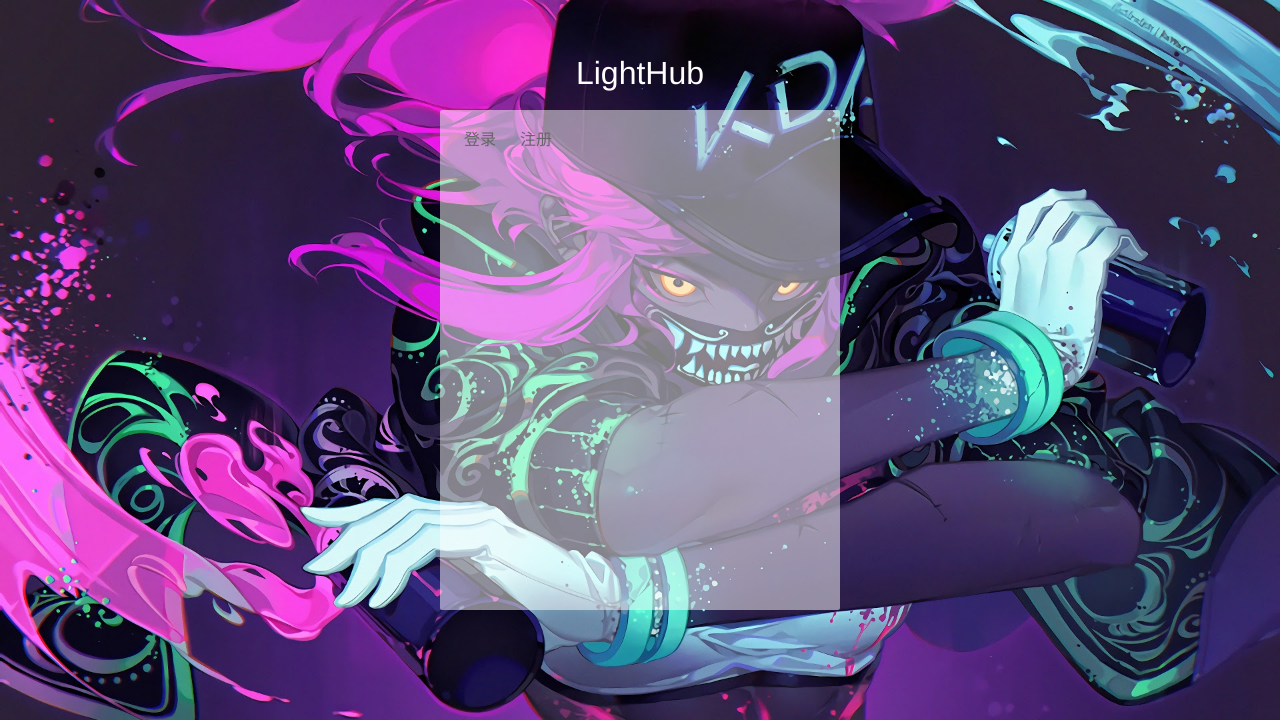
Repository: Martinell1/LightHub
Page: /login (app in LightHub/)
These files come from the project's save history. The page is drawn as it stood at one moment and after the next save; the edit follows.
The browser window is 1280 px wide. The pictures show the whole page.
The project was rebuilt for these pictures with package versions that can differ from the ones it lists, and the page was loaded fresh each time. Also part of the build but not shown: LightHub/vite.config.ts.

Above is the page before, as saved 2021-11-21 00:06:58.

### LightHub/src/main.ts
import { createApp } from 'vue'
import App from './App.vue'
import router from './router'
import store from './store'

createApp(App)
  .use(router)
  .use(store)
  .mount('#app')

### LightHub/src/App.vue
<template>
  <router-view></router-view>
</template>

<script setup lang="ts">

</script>

<style lang="scss">
@import "../src/css/app.scss";
</style>

### LightHub/src/router/index.ts
import { createRouter, createWebHistory } from 'vue-router'

const routes: Array<any> = [
  {
    path: '/login',
    name: 'Login',
    component: () => import('../views/Login.vue')
  },
  {
    path: '/',
    name: 'Main_Layout',
    component: () => import('../layout/Main_Layout.vue'),
    children: [
      {
        path: '/',
        name: 'Home',
        component: () => import('../views/Home.vue'),
      },
    ]
  }
]

const router = createRouter({
  history: createWebHistory(),
  routes
})


export default router

### LightHub/src/css/app.scss
:root{

}
/*css 初始化 */
html, body, ul, li, ol, dl, dd, dt, p, h1, h2, h3, h4, h5, h6,
form, fieldset, legend, img { margin:0; padding:0;}
fieldset, img,input,button { border:none; padding:0;margin:0;outline-style:none; }
ul, ol { list-style:none; }
input { padding-top:0; padding-bottom:0; font-family: "SimSun","宋体";}
select, input { vertical-align:middle; }
select, input, textarea { font-size:12px; margin:0; }
textarea { resize:none; }
img {border:0;    vertical-align:middle;}
table { border-collapse:collapse; }
body {
    font:16px Helvetica,Arial,sans-serif,Verdana,"\5b8b\4f53";
    color:#666;
    background:#fff
}
.clearfix:before,.clearfix:after{
    content:"";
    display:table;
}
.clearfix:after{clear:both;}
.clearfix{
    *zoom:1;/*IE/7/6*/
}
a{color:#666; text-decoration:none; }
a:hover{color:lightcoral;}
h1,h2,h3,h4,h5,h6{text-decoration:none;font-weight:normal;}
s,i,em{font-style:normal;text-decoration:none;}
.col-red{color: #C81623!important;}

::-webkit-scrollbar {
  width: 0 !important;
}
::-webkit-scrollbar {
  width: 0 !important;height: 0;
}

*{
  box-sizing: border-box;
}

/*公共类*/
.w{
    width: 1080px;margin:0 auto;
}
.fl {
    float:left
}
.fr {
    float:right
}
.al {
    text-align:left
}
.ac {
    text-align:center
}
.ar {
    text-align:right
}
.hide {
    display:none
}

.word-btn{
  line-height: 60px;
  height: 60px;
  cursor: pointer;
  margin-right: 24px;

  &:hover{
    font-weight: 600;
    color: #121212;
    border-bottom: 3px solid blue;
  }
}

### LightHub/src/views/Login.vue
<template>
  <div class="login-page">
    <div class="login-wrap">
      <div class="login-title">
        <h1>LightHub</h1>
      </div>
      <div class="login-tabs">
        <div class="login-tab word-btn">登录</div>
        <div class="login-tab word-btn">注册</div>
      </div>
      <div class="login-form">
        <div class="login-form-item"></div>
      </div>
    </div>
  </div>
</template>

<script setup lang="ts">


</script>
<style lang='scss' scoped>
.login-page {
  display: flex;
  align-items: center;
  justify-content: center;
  width: 100vw;
  height: 100vh;
  background-image: url("../../src/assets/images/login-bg.jpg");
  background-size: cover;
  background-repeat: no-repeat;

  .login-wrap {
    position: relative;
    width: 400px;
    height: 500px;
    padding: 0 24px;
    border-radius: 2px;
    background-color: rgba($color: #ffffff, $alpha: 0.5);

    .login-title {
      position: absolute;
      left: 50%;
      transform: translate(-50%, -150%);
      color: white;
    }
  }

  .login-tabs {
    .login-tab {
      display: inline-block;
    }
  }

  .login-form {
    .login-form-item {
      line-height: 48px;
      height: 48px;
    }
  }
}
</style>

Loaded but not shown: LightHub/index.html (common file); LightHub/src/store/index.js (no copy from this time; the picture is the same without it)

After the next save:
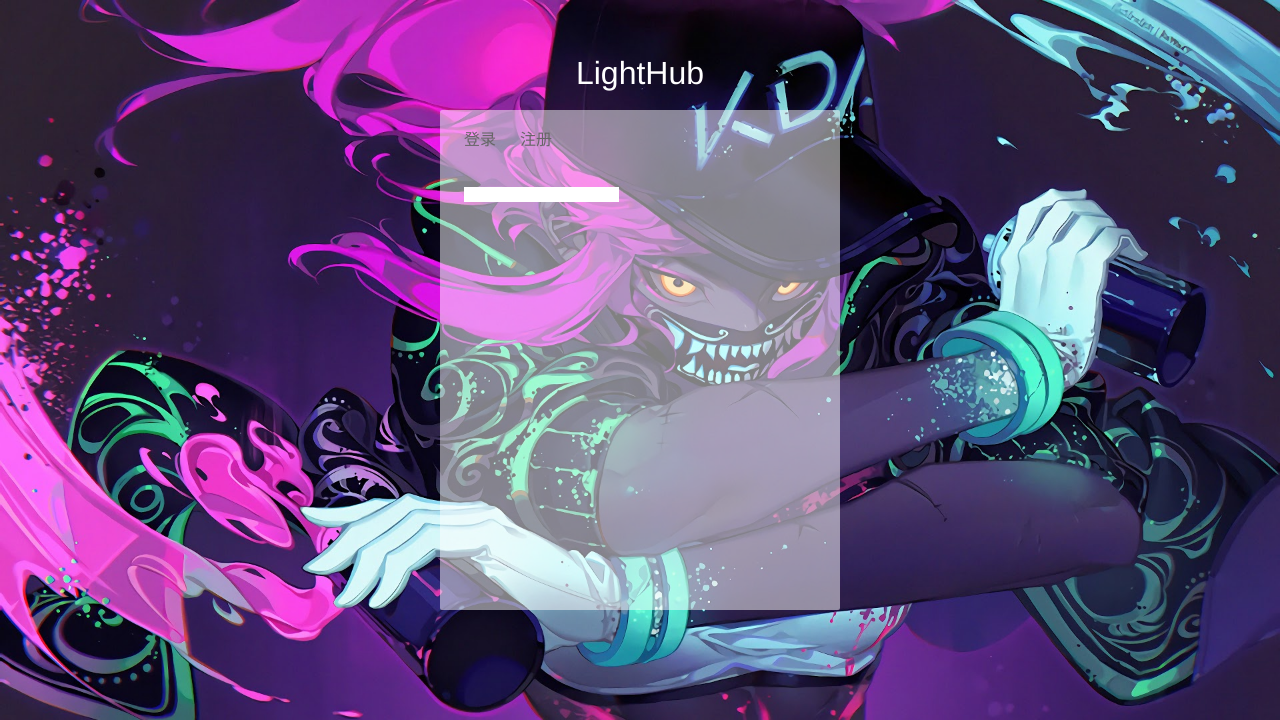
Saved 28 s later.
--- a/LightHub/src/views/Login.vue
+++ b/LightHub/src/views/Login.vue
@@ -9,7 +9,9 @@
         <div class="login-tab word-btn">注册</div>
       </div>
       <div class="login-form">
-        <div class="login-form-item"></div>
+        <div class="login-form-item">
+          <input />
+        </div>
       </div>
     </div>
   </div>

After the 2 saves that followed:
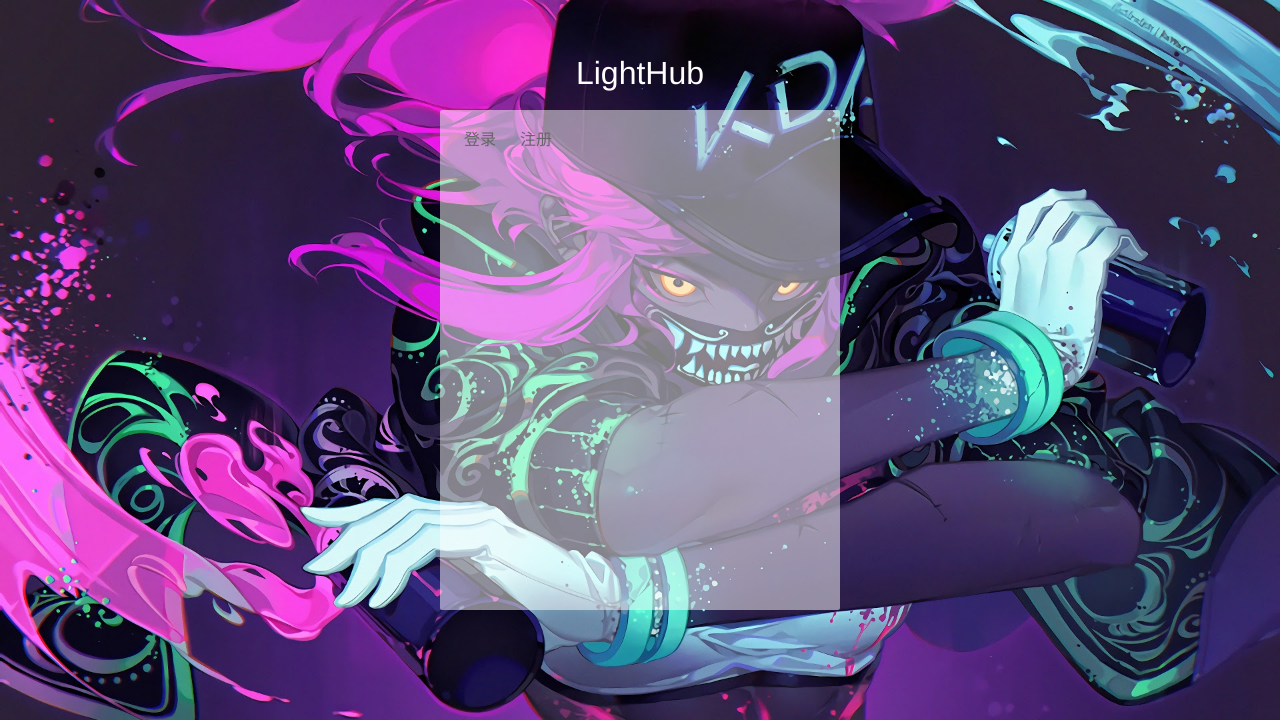
The 2 saves are shown as one change because 1 left the picture as it was.
The last was saved 43 s later.
--- a/LightHub/src/css/app.scss
+++ b/LightHub/src/css/app.scss
@@ -77,3 +77,8 @@
     border-bottom: 3px solid blue;
   }
 }
+
+input{
+  border: none;
+  background-color: transparent;
+}
